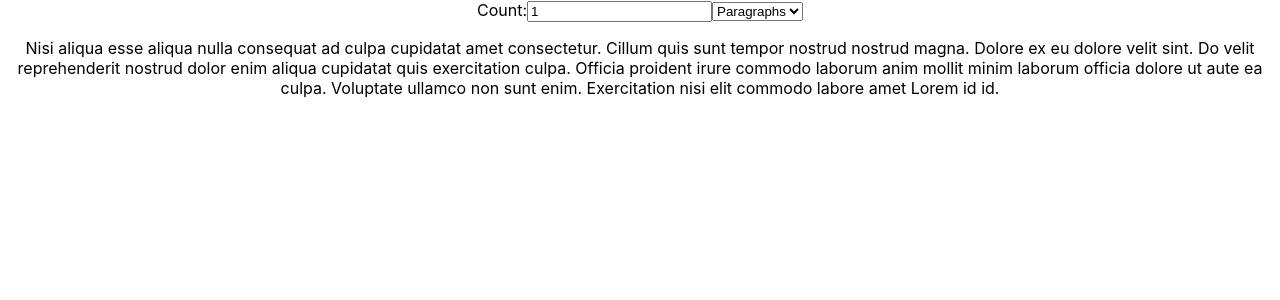
Repository: sriram1224/lorem-generator
Page: /
An editor plug-in stored every save of this project. The page is shown before and after the next save, followed by the edit.
The browser window is 1280 px wide. The pictures show the whole page.
The project was rebuilt for these pictures with package versions that can differ from the ones it lists, and the page was loaded fresh each time.

Above is the page before, as saved 2024-03-11 20:03:43.

### src/App.js
import LoremIpsumGenerator from './Components/lorem';
import './App.css';

function App() {
  return (
    <div className="App">
      <LoremIpsumGenerator />
    </div>
  );
}

export default App;

### src/Components/lorem.js
import React, { useState } from 'react';
import { loremIpsum } from 'lorem-ipsum';

const LoremGenerator = () => {
  const [count, setCount] = useState(1);
  const [type, setType] = useState('paragraphs');

  const handleCountChange = (e) => {
    setCount(e.target.value);
  };

  const handleTypeChange = (e) => {
    setType(e.target.value);
  };

  const generateLorem = () => {
  let result = '';
  if (type === 'paragraphs') {
    for (let i = 0; i < count; i++) {
      result += loremIpsum({ units: 'paragraphs' }) + '\n\n';
    }
  } else {
    for (let i = 0; i < count; i++) {
      result += loremIpsum({ units: 'sentences' }) + ' ';
    }
  }
  return result.trim();
};

  return (
    <div>
      <label>
        Count:
        <input type="number" value={count} onChange={handleCountChange} min="1" />
      </label>
      <select value={type} onChange={handleTypeChange}>
        <option value="paragraphs">Paragraphs</option>
        <option value="sentences">Sentences</option>
      </select>
      <p>{generateLorem()}</p>
    </div>
  );
};

export default LoremGenerator;

Loaded but not shown: public/index.html (common file); src/index.js (common file); src/index.css (common file); src/reportWebVitals.js (common file); src/App.css (common file)

After the next save:
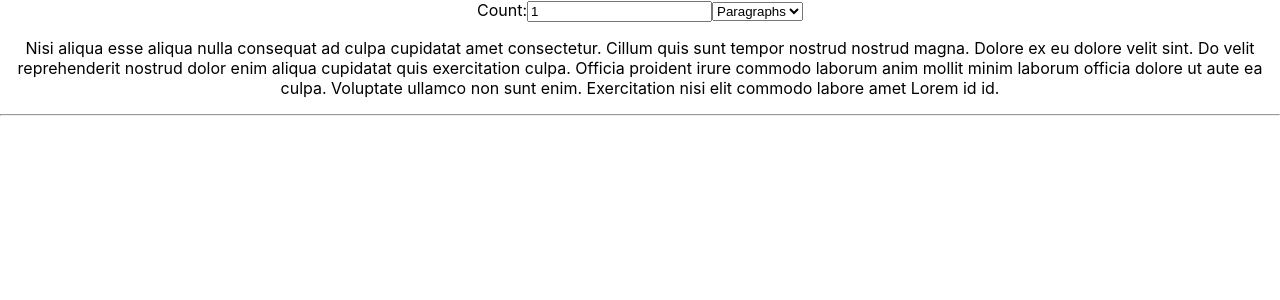
Saved 2 min 30 s later.
--- a/src/Components/lorem.js
+++ b/src/Components/lorem.js
@@ -13,18 +13,28 @@ const LoremGenerator = () => {
     setType(e.target.value);
   };
 
-  const generateLorem = () => {
-  let result = '';
+ const generateLorem = () => {
+  let result = [];
   if (type === 'paragraphs') {
     for (let i = 0; i < count; i++) {
-      result += loremIpsum({ units: 'paragraphs' }) + '\n\n';
+      result.push(
+        <>
+          <p key={i}>{loremIpsum({ units: 'paragraphs' })}</p>
+          <hr />
+        </>
+      );
     }
   } else {
     for (let i = 0; i < count; i++) {
-      result += loremIpsum({ units: 'sentences' }) + ' ';
+      result.push(
+        <>
+          <span key={i}>{loremIpsum({ units: 'sentences' })}</span>
+          <hr />
+        </>
+      );
     }
   }
-  return result.trim();
+  return result;
 };
 
   return (
